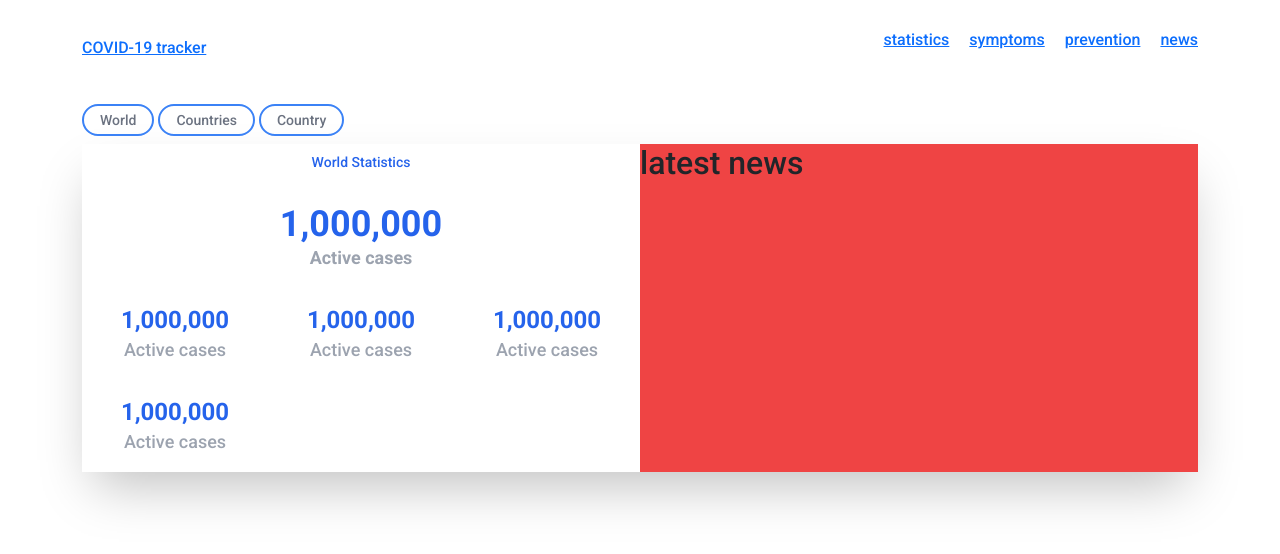
Repository: latenightsnacc/covid-19tracker
Page: design/index.html
An editor plug-in stored every save of this project. The page is shown before and after the next save, followed by the edit.
The browser window is 1280 px wide. The pictures show the whole page.
Some web libraries are served in a nearby version.

Above is the page before, as saved 2021-07-22 16:43:50.

### design/index.html
<!DOCTYPE html>
<html lang="en">
<head>
    <meta charset="UTF-8">
    <meta http-equiv="X-UA-Compatible" content="IE=edge">
    <meta name="viewport" content="width=device-width, initial-scale=1.0">
    <!--Tailwind Css-->
    <link href="https://unpkg.com/tailwindcss@^2/dist/tailwind.min.css" rel="stylesheet">
    <!--Bootstrap CSS-->
    <link href="https://cdn.jsdelivr.net/npm/bootstrap@5.0.0-beta3/dist/css/bootstrap.min.css" rel="stylesheet" integrity="sha384-eOJMYsd53ii+scO/bJGFsiCZc+5NDVN2yr8+0RDqr0Ql0h+rP48ckxlpbzKgwra6" crossorigin="anonymous">
    <!--Font Awesome 5 CDN-->
    <link href="https://cdnjs.cloudflare.com/ajax/libs/font-awesome/5.13.0/css/all.min.css" rel="stylesheet">
    <!--Roboto: Google Font-->
    <link rel="preconnect" href="https://fonts.googleapis.com">
<link rel="preconnect" href="https://fonts.gstatic.com" crossorigin>
<link href="https://fonts.googleapis.com/css2?family=Roboto:wght@300;500;700&display=swap" rel="stylesheet">
    <title>COVID-19 Tracker</title>
    <style>
        * {
            font-family: 'Roboto', sans-serif;
        }
        #coco {

            fill: rgb(1, 1, 58);
            stroke: rgb(95, 4, 80);
            stroke-width: 5px;
            animation: virus-spin infinite 20s linear;

        }

        @keyframes virus-spin {
            from {
                /* transform: rotate(0deg); */
                transform: rotateZ(0deg);
            }
            to {
                transform: rotateZ(-360deg);
            }
        }

    </style>
</head>
<body>
    <main class="m-auto">
        <!--Navigation Component-->
        <div class="container">
            <nav class="flex justify-between w-100 items-center h-24">
                <a href="index.html">
                    <div>COVID-19 tracker</div>
                </a>
                <ul class="flex">
                    <li>
                        <a href="">statistics</a>
                    </li>
                    <li class="ml-5">
                        <a href="">symptoms</a>
                    </li>
                    <li class="ml-5">
                        <a href="">prevention</a>
                    </li>
                    <li class="ml-5">
                        <a href="">news</a>
                    </li>
                </ul>
            </nav>
        </div>

        <div class="container">
            <div class="tags py-2">
                <button class="border-2 border-blue-500 px-3 py-1 rounded-2xl text-gray-500 hover:bg-blue-500 hover:text-white text-mute text-sm capitalize">world</button>
                <button class="border-2 border-blue-500 px-3 py-1 rounded-2xl text-gray-500 hover:bg-blue-500 hover:text-white text-mute text-sm capitalize">countries</button>
                <button class="border-2 border-blue-500 px-3 py-1 rounded-2xl text-gray-500 hover:bg-blue-500 hover:text-white text-mute text-sm capitalize">country</button>
            </div>
            <div class="flex flex-col md:flex-row  shadow-2xl">

                <div class="w-100 md:w-1/2 ">
                    <h1 class="text-blue-600 text-center py-2 text-sm">World Statistics</h1>
                    <div class="stats">
                        <div class="w-56 flex flex-col items-center justify-center p-3 m-auto">
                            <span class="text-4xl text-blue-600 font-bold">1,000,000</span>
                            <span class="text-lg text-gray-400 font-bold">Active cases</span>
                        </div>
                        <div class="grid grid-rows-auto grid-cols-3">
                            <div class="flex flex-col items-center justify-center p-3">
                                <span class="text-2xl text-blue-600 font-bold">1,000,000</span>
                                <span class="text-lg text-gray-400 font-semi">Active cases</span>
                            </div>
                            <div class="flex flex-col items-center justify-center p-3">
                                <span class="text-2xl text-blue-600 font-bold">1,000,000</span>
                                <span class="text-lg text-gray-400 font-semi">Active cases</span>
                            </div>
                            <div class="flex flex-col items-center justify-center p-3">
                                <span class="text-2xl text-blue-600 font-bold">1,000,000</span>
                                <span class="text-lg text-gray-400 font-semi">Active cases</span>
                            </div>
                            <div class="flex flex-col items-center justify-center p-3">
                                <span class="text-2xl text-blue-600 font-bold">1,000,000</span>
                                <span class="text-lg text-gray-400 font-semi">Active cases</span>
                            </div>
                        </div>

                    </div>

                </div>
                <div class="w-100 md:w-1/2 bg-red-500"">
                    <h2>latest news</h2>

                </div>

            </div>
        </div>
    </main>
</body>
</html>

After the next save:
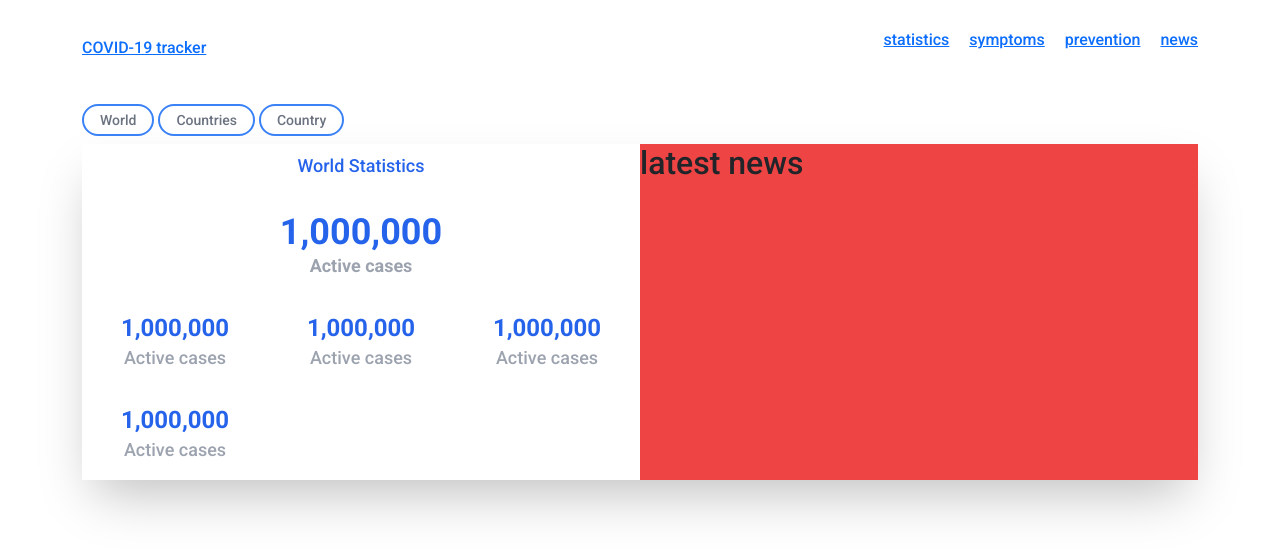
Saved 4 s later.
--- a/design/index.html
+++ b/design/index.html
@@ -74,7 +74,7 @@
             <div class="flex flex-col md:flex-row  shadow-2xl">
 
                 <div class="w-100 md:w-1/2 ">
-                    <h1 class="text-blue-600 text-center py-2 text-sm">World Statistics</h1>
+                    <h1 class="text-blue-600 text-center py-2 text-lg">World Statistics</h1>
                     <div class="stats">
                         <div class="w-56 flex flex-col items-center justify-center p-3 m-auto">
                             <span class="text-4xl text-blue-600 font-bold">1,000,000</span>
